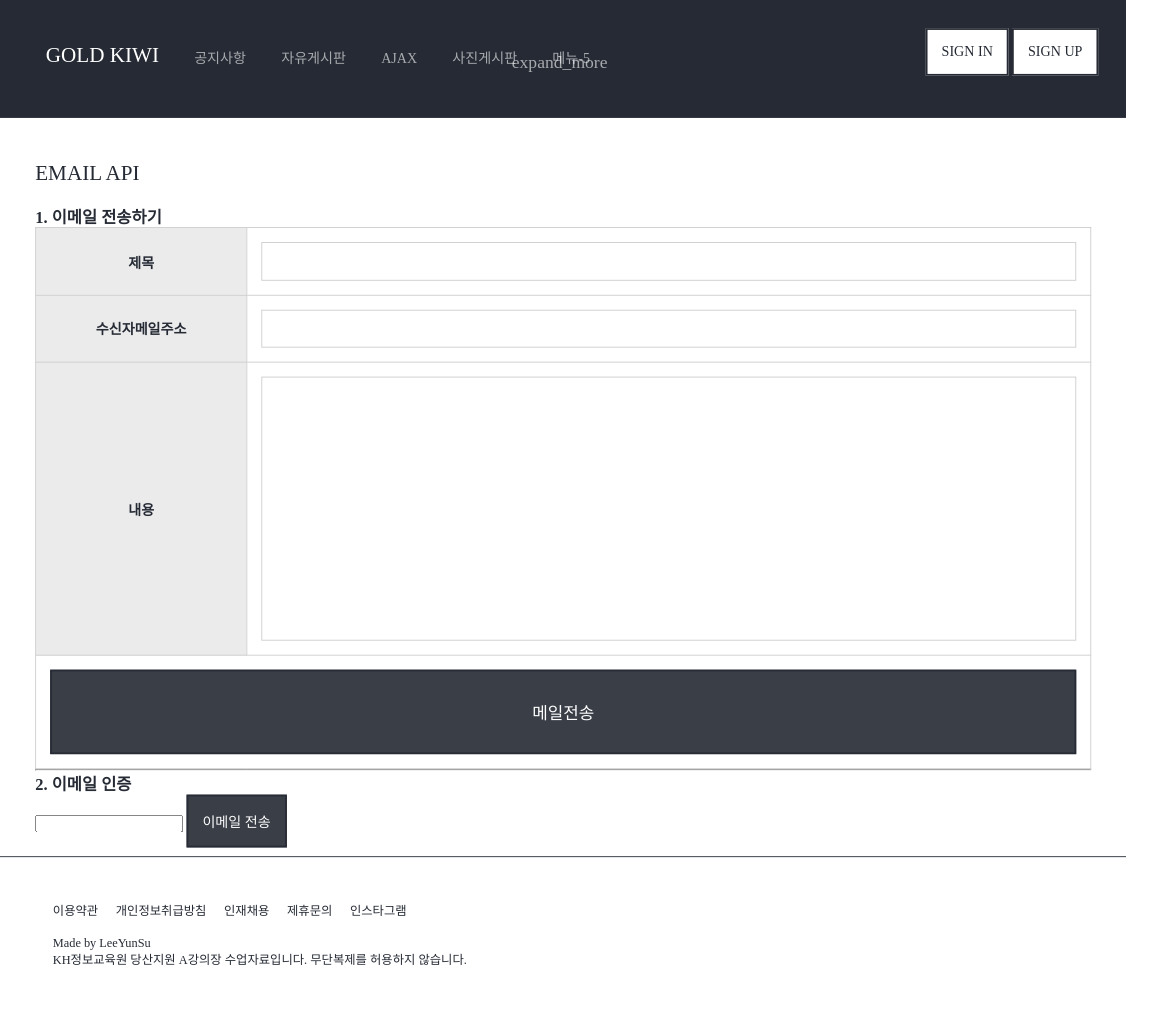
Repository: RiboKim/web-workspace
Page: http://localhost/07_mvc2WebProject/email.do
These files come from the project's save history. The page is drawn as it stood at one moment and after the next save; the edit follows.
The browser window is 1280 px wide. The page is 1280 px wide, then 1310 px, so the pictures cover 1310 px, including what lies to the right of the window. The pictures show the whole page, at 88% of full size.
Some web fonts or font styles are not loaded; a fallback is used. The page is served by Tomcat 9. Other server files are loaded and not shown.

Above is the page before, as saved 2023-02-22 02:18:30.

### 07_mvc2WebProject/src/main/webapp/WEB-INF/views/etc/email.jsp
<%@ page language="java" contentType="text/html; charset=UTF-8"
    pageEncoding="UTF-8"%>
<!DOCTYPE html>
<html>
<head>
<meta charset="UTF-8">
<title>Insert title here</title>
<style>
	th,td{
		border : 1px solid #ccc;
	}
</style>
</head>
<body>
	<%@include file="/WEB-INF/views/common/header.jsp" %>
	<div class="page-content">
		<div class="page-title">EMAIL API</div>
		<h3>1. 이메일 전송하기</h3>
		<form action="/mailSend1.do" method="post">
			<table class="tbl">
				<tr class="tr-1">
					<th class="td-2" style="width:20%;">제목</th>
					<td>
						<input type="text" name="mailTitle" class="input-form">
					</td>
				</tr>
				<tr class="tr-1">
					<th class="td-2">수신자메일주소</th>
					<td>
						<input type="text" name="receiver" class="input-form">
					</td>
				</tr>
				<tr>
					<th class="td-2">내용</th>
					<td>
						<textarea name="mailContent" class="input-form"></textarea>
					</td>
				</tr>
				<tr>
					<th colspan="2">
						<button class="btn bc1 bs4" type="submit">메일전송</button>
					</th>
				</tr>
			</table>
		</form>
		<hr>
		<h3>2. 이메일 인증</h3>
		<input type="text" id="email">
		<button class="btn bc1" id="sendBtn">이메일 전송</button>

	</div>
	<script>
		$("#sendBtn").on("click",function(){

		});
	</script>
	<%@include file="/WEB-INF/views/common/footer.jsp" %>
</body>
</html>

### 07_mvc2WebProject/src/main/webapp/WEB-INF/views/common/header.jsp
<%@page import="kr.or.iei.member.model.vo.Member"%>
<%@ page language="java" contentType="text/html; charset=UTF-8"
    pageEncoding="UTF-8"%>
    <%
    	Member m = (Member)session.getAttribute("m");
    %>

	<!-- 구글 아이콘 -->
    <link href="https://fonts.googleapis.com/icon?family=Material+Icons" rel="stylesheet">
    <!-- jquery -->
    <script src="/js/jquery-3.6.0.js"></script>
    <!-- 기본 CSS -->
    <link rel="stylesheet" href="/css/default.css" />
    <!-- 기본 js -->
    <script src="/js/default.js"></script>

    <header>
      <div class="site-logo">
        <a href="/">GOLD KIWI</a>
      </div>
      <nav>
        <ul class="navi">
          <li><a href="/noticeList.do?requestPage=1">공지사항</a></li>
          <li><a href="/boardList.do?requestPage=1">자유게시판</a></li>
          <li><a href="/ajax.do">AJAX</a></li>
          <li><a href="/photoList.do">사진게시판</a></li>
          <li>
			<a href="#">메뉴-5</a>
            <ul class="sub-navi">
              <li><a href="/email.do">eamil</a></li>
              <li><a href="#">sub-2</a></li>
              <li><a href="#">sub-3</a></li>
            </ul>
           </li>
        </ul>
      </nav>
      <div class="header-link">
      <%if(m == null){ %>
        <button class="btn bc11 modal-open-btn" target="#login-modal">SIGN IN</button>
        <a class="btn bc11" href="/signupFrm.do">SIGN UP</a>
      <%}else{ %>
      <%--<a class="btn bc11" href="/mypage1.do"><%=m.getMemberName() %></a> --%>
      <%--memberId를 mypage2.do로 넘겨주는거 --%>
      <a class="btn bc11" href="/mypage2.do?memberId=<%=m.getMemberId() %>"><%=m.getMemberName() %></a>

      <a class="btn bc11" href="/logout.do">LOGOUT</a>
      <%} %>
      </div>
    </header>
    <%if(m == null) {%>
    <div id="login-modal" class="modal-bg">
      <div class="modal-wrap">
        <div class="modal-head">
          <h2>SIGN IN</h2>
          <span class="material-icons close-icon modal-close">close</span>
        </div>
        <form action="/signin.do" method="post">
        <div class="modal-content">
          <div class="input-box">
          	<label for="signId">아이디</label>
          	<input type="text" name="signId" id="signId" class="input-form" placeholder="아이디입력">
          </div>
          <div class="input-box">
          	<label for="signPw">비밀번호</label>
          	<input type="password" name="signPw" id="signPw" class="input-form" placeholder="비밀번호입력">
          </div>
          <div class="input-box link-box">
          	<a href="#">아이디/비밀번호 찾기</a>
          </div>
        </div>
        <div class="modal-foot">
          <button type="submit" class="btn bc11">로그인</button>
          <button type="button" class="btn bc1 modal-close">취소</button>
        </div>
        </form>
      </div>
    </div>
    <%}%>

### 07_mvc2WebProject/src/main/webapp/WEB-INF/views/common/footer.jsp
<%@ page language="java" contentType="text/html; charset=UTF-8"
    pageEncoding="UTF-8"%>
	<footer>
      <div class="footer-content">
        <ul>
          <li><a href="#">이용약관</a></li>
          <li><a href="#">개인정보취급방침</a></li>
          <li><a href="#">인재채용</a></li>
          <li><a href="#">제휴문의</a></li>
          <li><a href="#">인스타그램</a></li>
        </ul>
        <p>Made by LeeYunSu</p>
        <p>
          KH정보교육원 당산지원 A강의장 수업자료입니다. 무단복제를 허용하지
          않습니다.
        </p>
      </div>
    </footer>

### 07_mvc2WebProject/src/main/java/kr/or/iei/api/controller/EmailServlet.java
package kr.or.iei.api.controller;

import java.io.IOException;

import javax.servlet.RequestDispatcher;
import javax.servlet.ServletException;
import javax.servlet.annotation.WebServlet;
import javax.servlet.http.HttpServlet;
import javax.servlet.http.HttpServletRequest;
import javax.servlet.http.HttpServletResponse;

/**
 * Servlet implementation class EmailServlet
 */
@WebServlet(name = "Email", urlPatterns = { "/email.do" })
public class EmailServlet extends HttpServlet {
	private static final long serialVersionUID = 1L;

    /**
     * @see HttpServlet#HttpServlet()
     */
    public EmailServlet() {
        super();
        // TODO Auto-generated constructor stub
    }

	/**
	 * @see HttpServlet#doGet(HttpServletRequest request, HttpServletResponse response)
	 */
	protected void doGet(HttpServletRequest request, HttpServletResponse response) throws ServletException, IOException {
		//1.인코딩
		request.setCharacterEncoding("utf-8");
		//2.값추출
		//3.비즈니스로직
		//4.결과처리
		RequestDispatcher view = request.getRequestDispatcher("/WEB-INF/views/etc/email.jsp");
		view.forward(request, response);
	}

	/**
	 * @see HttpServlet#doPost(HttpServletRequest request, HttpServletResponse response)
	 */
	protected void doPost(HttpServletRequest request, HttpServletResponse response) throws ServletException, IOException {
		// TODO Auto-generated method stub
		doGet(request, response);
	}

}

### 07_mvc2WebProject/src/main/webapp/css/default.css
/* 사용할 font 선언 */
@font-face {
  font-family: ns-thin;
  src: url(../font/NotoSansKR-Thin.otf);
}
@font-face {
  font-family: ns-light;
  src: url(../font/NotoSansKR-Light.otf);
}
@font-face {
  font-family: ns-m;
  src: url(../font/NotoSansKR-Medium.otf);
}
@font-face {
  font-family: ns-bold;
  src: url(../font/NotoSansKR-Bold.otf);
}
@font-face {
  font-family: ns-black;
  src: url(../font/NotoSansKR-Black.otf);
}
/*
    사이트 사용 색상
    balck : #252A34
    darkgray : #393E46
    lightgray : #EEEEEE
    dark-mint : #00ADB5
    mint : #08D9D6
    point-red : #FF2E63
    point-pink : #F85F73
    point-violet : #892CDC
*/
/* 전체태그 기본 margin, padding 제거 */
/* 기본 글씨 색 및 폰트 설정 */

* {
  margin: 0;
  padding: 0;
  color: #252a34;
  font-family: ns-m;
}
body {
  display: flex;
  flex-direction: column;
  min-height: 100vh;
}
/* 기본화면 레이아웃 */
a {
  text-decoration: none;
}
header {
  background-color: #252a34;
  padding: 32px;
  display: flex;
  min-width: 1200px;
}
header > *:not(.header-link) {
  float: left;
}
header > .site-logo {
  padding: 0px 20px;
}
header > .site-logo > a {
  color: #fff;
  font-family: ns-bold;
  font-size: 24px;
  line-height: 60px;
}
header > nav {
  flex-grow: 1;
}

header > nav > .navi {
  list-style-type: none;
}
header > nav > .navi > li {
  float: left;
  position: relative;
}
header > nav > .navi > li > a {
  display: block;
  color: rgba(255, 255, 255, 0.6);
  padding: 5px 20px;
  transition-duration: 0.5s;
  line-height: 60px;
}
header > nav > .navi > li:hover > a,
header > nav > .navi > li:hover > a + span {
  color: rgba(255, 255, 255, 1);
}
header > nav > .navi > li:hover > .sub-navi {
  display : block;
}
header > nav .sub-navi {
  position: absolute;
  background-color: #fff;
  list-style-type: none;
  display: none;
  border: 1px solid rgba(0, 0, 0, 0.2);
  left: 10px;
  min-width: 10rem;
}
header > nav .sub-navi > li {
  padding: 0.25rem 1rem;
}
header > nav .sub-navi > li > a {
  display: block;
}
header > nav .sub-navi > li:hover {
  background-color: rgba(0, 0, 0, 0.05);
}
.material-icons.dropdown {
  font-size: 20px;
  color: rgba(255, 255, 255, 0.6);
  position: absolute;
  right: 0px;
  top: 27px;
  transition-duration: 0.5s;
}
.material-icons.dropdown:hover {
  cursor: pointer;
}
.page-content {
  width: 1200px;
  margin: 30px auto;
  margin-bottom: 10px;
  flex-grow: 1;
}
.page-title {
  font-family: ns-bold;
  padding: 20px 0px;
  font-size: 1.5rem;
}
footer {
  padding: 50px;
  border-top: 1px solid #252a34;
}
footer > .footer-content {
  width: 1200px;
  margin: 0 auto;
  padding: 0px 10px;
}
footer > .footer-content * {
  font-size: 14px;
}
footer > .footer-content > ul {
  list-style-type: none;
  overflow: hidden;
  margin-bottom: 20px;
}
footer > .footer-content > ul > li {
  float: left;
}
footer > .footer-content > ul > li > a {
  padding-right: 20px;
}

/* font 클래스*/
.f-thin {
  font-family: ns-thin;
}
.f-light {
  font-family: ns-light;
}
.f-medium {
  font-family: ns-m;
}
.f-bold {
  font-family: ns-bold;
}
.f-black {
  font-family: ns-black;
}

/* 글씨 색 */
.fc-1 {
  color: #252a34;
}
.fc-2 {
  color: #393e46;
}
.fc-3 {
  color: #eeeeee;
}
.fc-4 {
  color: #00adb5;
}
.fc-5 {
  color: #08d9d6;
}
.fc-6 {
  color: #ff2e63;
}
.fc-7 {
  color: #f85f73;
}
.fc-8 {
  color: #892cdc;
}

/* 배경 색*/
.bg-1 {
  background-color: #252a34;
}
.bg-2 {
  background-color: #393e46;
}
.bg-3 {
  background-color: #eeeeee;
}
.bg-4 {
  background-color: #00adb5;
}
.bg-5 {
  background-color: #08d9d6;
}
.bg-6 {
  background-color: #ff2e63;
}
.bg-7 {
  background-color: #f85f73;
}
.bg-8 {
  background-color: #892cdc;
}

/* 테이블 디자인 */
.tbl {
  width: 100%;
  border-spacing: 0px;
  border-collapse: collapse;
}
.tbl th,
.tbl td {
  padding: 1rem;
  text-align: center;
}
.tbl .tr-1 {
  background-color: rgba(255, 255, 255, 1);
}
.tbl .tr-2 {
  background-color: rgba(57, 62, 70, 0.1);
}
.tbl .tr-3 {
  background-color: rgba(0, 173, 181, 0.1);
}
.tbl .tr-4 {
  background-color: rgba(137, 44, 220, 0.1);
}
.tbl .tr-5 {
  background-color: rgba(255, 46, 999, 0.1);
}
.tbl .td-1 {
  background-color: rgba(255, 255, 255, 1);
}
.tbl .td-2 {
  background-color: rgba(57, 62, 70, 0.1);
}
.tbl .td-3 {
  background-color: rgba(0, 173, 181, 0.1);
}
.tbl .td-4 {
  background-color: rgba(137, 44, 220, 0.1);
}
.tbl .td-5 {
  background-color: rgba(255, 46, 999, 0.1);
}
.tbl.tbl-hover .tr-1:hover {
  background-color: rgba(0, 0, 0, 0.05);
}
.tbl.tbl-hover .tr-2:hover {
  background-color: rgba(57, 62, 70, 0.15);
}
.tbl.tbl-hover .tr-3:hover {
  background-color: rgba(0, 173, 181, 0.15);
}
.tbl.tbl-hover .tr-4:hover {
  background-color: rgba(137, 44, 220, 0.15);
}
.tbl.tbl-hover .tr-5:hover {
  background-color: rgba(255, 46, 999, 0.15);
}

/* 버튼 디자인 */
.btn {
  border: none;
  padding: 1rem;
  display: inline-block;
  box-sizing: border-box;
  transition-duration: 0.5s;
  font-size: 16px;
  font-family: ns-light;
}
.bc1 {
  background-color: rgba(37, 42, 52, 0.9);
  color: #fff;
  border: 2px solid rgba(37, 42, 52, 0.9);
}
.bc1:hover {
  background-color: rgba(37, 42, 52, 1);
  cursor: pointer;
}
.bc2 {
  background-color: rgba(57, 62, 70, 0.9);
  color: #fff;
  border: 2px solid rgba(57, 62, 70, 0.9);
}
.bc2:hover {
  background-color: rgba(57, 62, 70, 1);
  cursor: pointer;
}
.bc3 {
  background-color: rgba(238, 238, 238, 0.9);
  color: #252a34;
  border: 2px solid rgba(238, 238, 238, 0.9);
}
.bc3:hover {
  background-color: rgba(238, 238, 238, 1);
  cursor: pointer;
}
.bc4 {
  background-color: rgba(0, 173, 181, 0.9);
  color: #fff;
  border: 2px solid rgba(0, 173, 181, 0.9);
}
.bc4:hover {
  background-color: rgba(0, 173, 181, 1);
  cursor: pointer;
}
.bc5 {
  background-color: rgba(8, 217, 214, 0.9);
  color: #fff;
  border: 2px solid rgba(8, 217, 214, 0.9);
}
.bc5:hover {
  background-color: rgba(8, 217, 214, 1);
  cursor: pointer;
}
.bc6 {
  background-color: rgba(255, 46, 99, 0.9);
  color: #fff;
  border: 2px solid rgba(255, 46, 99, 0.9);
}
.bc6:hover {
  background-color: rgba(255, 46, 99, 1);
  cursor: pointer;
}
.bc7 {
  background-color: rgba(248, 95, 115, 0.9);
  color: #fff;
  border: 2px solid rgba(248, 95, 115, 0.9);
}
.bc7:hover {
  background-color: rgba(248, 95, 115, 1);
  cursor: pointer;
}
.bc8 {
  background-color: rgba(137, 44, 220, 0.9);
  color: #fff;
  border: 2px solid rgba(137, 44, 220, 0.9);
}
.bc8:hover {
  background-color: rgba(137, 44, 220, 1);
  cursor: pointer;
}
.bc11 {
  color: rgba(37, 42, 52, 1);
  background-color: #fff;
  border: 2px solid rgba(37, 42, 52, 1);
}
.bc11:hover {
  background-color: rgba(37, 42, 52, 1);
  cursor: pointer;
  color: #fff;
}
.bc22 {
  color: rgba(57, 62, 70, 1);
  background-color: #fff;
  border: 2px solid rgba(57, 62, 70, 1);
}
.bc22:hover {
  background-color: rgba(57, 62, 70, 1);
  cursor: pointer;
  color: #fff;
}
.bc33 {
  color: rgba(37, 42, 52, 1);
  background-color: #fff;
  border: 2px solid rgba(238, 238, 238, 1);
}
.bc33:hover {
  background-color: rgba(238, 238, 238, 1);
  cursor: pointer;
  color: rgba(37, 42, 52, 1);
}
.bc44 {
  color: rgba(0, 173, 181, 1);
  background-color: #fff;
  border: 2px solid rgba(0, 173, 181, 1);
}
.bc44:hover {
  background-color: rgba(0, 173, 181, 1);
  color: #fff;
  cursor: pointer;
}
.bc55 {
  color: rgba(8, 217, 214, 1);
  background-color: #fff;
  border: 2px solid rgba(8, 217, 214, 1);
}
.bc55:hover {
  background-color: rgba(8, 217, 214, 1);
  color: #fff;
  cursor: pointer;
}
.bc66 {
  color: rgba(255, 46, 99, 1);
  background-color: #fff;
  border: 2px solid rgba(255, 46, 99, 1);
}
.bc66:hover {
  background-color: rgba(255, 46, 99, 1);
  color: #fff;
  cursor: pointer;
}
.bc77 {
  color: rgba(248, 95, 115, 1);
  background-color: #fff;
  border: 2px solid rgba(248, 95, 115, 1);
}
.bc77:hover {
  background-color: rgba(248, 95, 115, 1);
  color: #fff;
  cursor: pointer;
}
.bc88 {
  color: rgba(137, 44, 220, 1);
  background-color: #fff;
  border: 2px solid rgba(137, 44, 220, 1);
}
.bc88:hover {
  background-color: rgba(137, 44, 220, 1);
  color: #fff;
  cursor: pointer;
}
.bs1 {
  padding: 1rem;
}
.bs2 {
  padding: 1.5rem;
  font-size: 1.1em;
}
.bs3 {
  padding: 2rem;
  font-size: 1.2em;
}
.bs4 {
  width: 100%;
  padding: 2rem;
  font-size: 1.2em;
}
/* input 디자인 */
.input-form {
  width: 100%;
  display: block;
  padding: 0.8rem;
  background-color: #fff;
  outline: none;
  border: 1px solid #ccc;

  box-sizing: border-box;
}
.input-form:focus {
  box-shadow: 0 0 0 0.1rem #eee;
}

textarea.input-form {
  resize: none;
  min-height: 300px;
}
.input-form:read-only:not(select),
.input-form:disabled {
  background-color: #f7f7f9;
}
/* 페이징 디자인 */
.pagination {
  list-style-type: none;
  display: flex;
  justify-content: center;
  align-items: center;
}
.pagination > li {
  width: 40px;
  height: 40px;
  text-align: center;
  line-height: 40px;
  overflow: hidden;
}
.pagination.circle-style > li {
  border-radius: 50%;
}
.pagination > li > a.page-item {
  display: block;
  width: 100%;
  height: 100%;
  font-size: 18px;
}
.pagination > li > a.page-item > span.material-icons {
  display: block;
  width: 100%;
  height: 100%;
  line-height: 40px;
}
.pagination .page-item.active-page {
  background-color: #252a34;
  color: #fff;
}
/*게시물 표현*/
.posting-wrap {
  display: flex;
  flex-wrap: wrap;
}
.posting-wrap .posting-item {
  box-sizing: border-box;
  width: calc(100% / 5);
  padding: 20px;
}
.posting-wrap .posting-item .posting-img img {
  width: 100%;
  height: 200px;
}
.posting-wrap .posting-item .posting-content {
  width: 80%;
  margin: 0 auto;
}
.posting-wrap .posting-item:hover {
  box-shadow: 0 2px 10px 0 rgba(0, 0, 0, 0.2);
}
/* 댓글 */
.posting-comment {
  display: flex;
  border-top: 2px solid #ccc;

  list-style-type: none;
}
.posting-comment > li {
  box-sizing: border-box;
}
.posting-comment > li:first-child {
  width: 15%;
  display: flex;
  justify-content: center;
  align-items: center;
  min-height: 100px;
  border-right: 1px solid #ccc;
}
.posting-comment.reply > li:first-child {
  width: 20%;
}
.posting-comment > li:first-child .material-icons {
  font-size: 80px;
  color: #ccc;
}
.posting-comment.reply > li:first-child .material-icons:first-child {
  font-size: 40px;
  color: #ccc;
}
.posting-comment.reply > li:last-child {
  display: flex;
  flex-direction: column;
  width: 80%;
}
.posting-comment > li:last-child {
  display: flex;
  flex-direction: column;
  width: 85%;
}
.posting-comment > li:last-child > p {
  width: 100%;
  padding: 5px;
  box-sizing: border-box;
}
.posting-comment > li:last-child > .comment-info > span {
  padding: 0px 10px;
}
.posting-comment > li:last-child > .comment-info > span:not(:last-child) {
  border-right: 2px solid #ccc;
}
.posting-comment > li:last-child > .comment-content {
  padding: 0px 15px;
}
.posting-comment > li:last-child > .comment-link {
  text-align: right;
}
.posting-comment > li:last-child > .comment-link > a {
  margin: 0px 5px;
}
.posting-comment > li:last-child > .comment-link > a:hover {
  text-decoration: underline;
}

/*모달*/
.modal-bg {
  background-color: rgba(0, 0, 0, 0.3);
  position: fixed;
  width: 100%;
  height: 100vh;
  display: none;
  align-items: center;
  flex-direction: column;
}
.modal-wrap {
  margin-top: 150px;
  width: 600px;
  background: #fff;
  height: auto;
}
.modal-wrap div {
  padding: 1rem;
}
.modal-wrap div:not(:last-child) {
  border-bottom: 1px solid #ccc;
}
.modal-wrap .modal-foot {
  text-align: right;
}
.modal-wrap div.modal-head {
  position: relative;
}
.close-icon {
  position: absolute;
  top: 16px;
  right: 16px;
  font-size: 30px;
}
.close-icon:hover {
  cursor: pointer;
}

### 07_mvc2WebProject/src/main/webapp/js/default.js
$(function () {
  $(document).on("click", ".modal-open-btn", function () {
    $($(this).attr("target")).css("display", "flex");
  });
  $(document).on("click", ".modal-close", function () {
    $(this).parents(".modal-wrap").parent().css("display", "none");
  });
  $(".sub-navi").prev().after("<span class='material-icons dropdown'>expand_more</span>");
});
function alertFunc(icon){
	swal({
        title: '제목',
        text: '내용내용내용',
        icon: icon
      });
      //이후 페이지 이동 시 추가
      /*
      .then(function(){
    	 window.location = "${loc}";
      });
      */
}

Loaded but not shown: 07_mvc2WebProject/src/main/webapp/js/jquery-3.6.0.js (library)

After the next save:
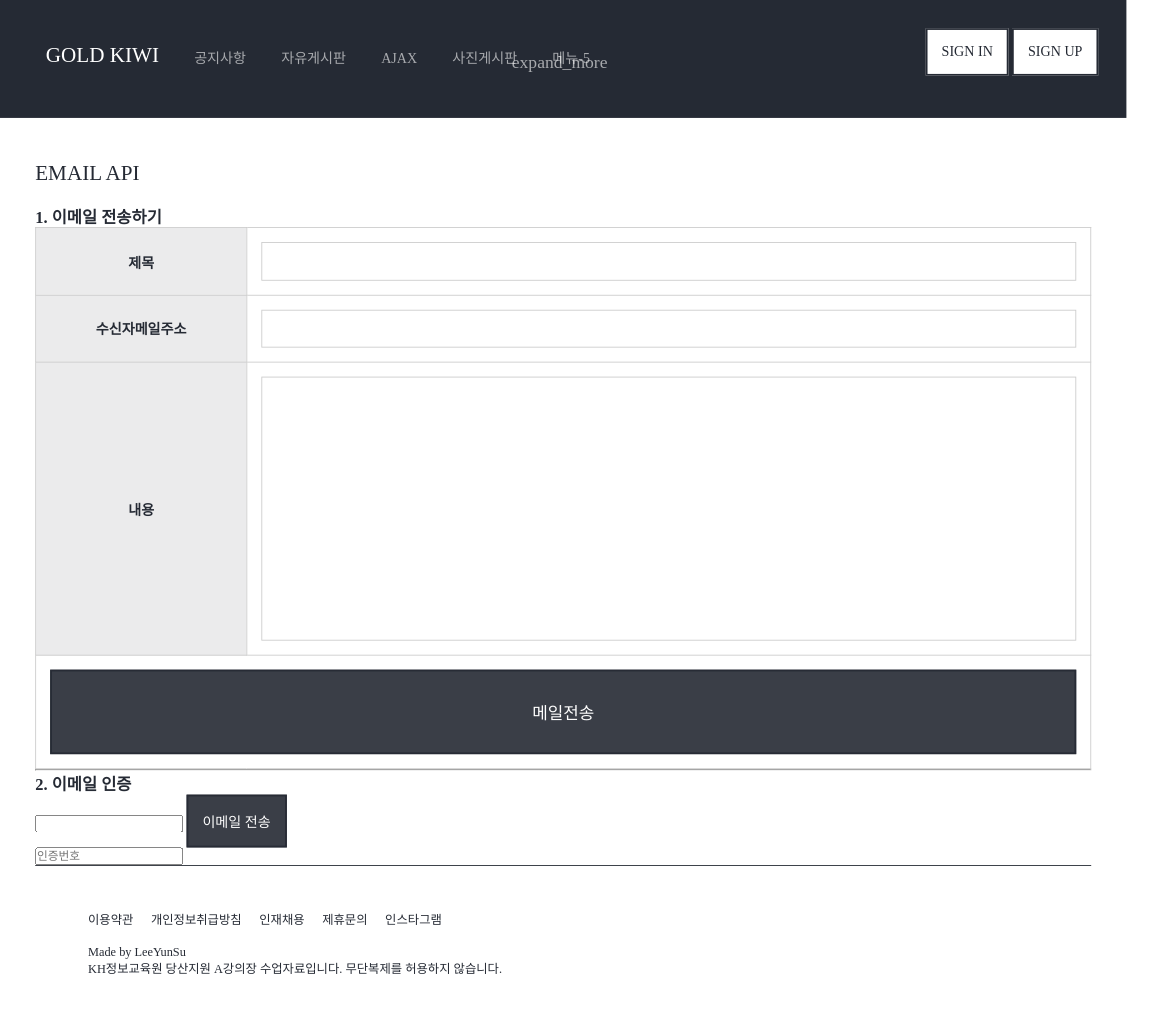
Saved 23 s later.
--- a/07_mvc2WebProject/src/main/webapp/WEB-INF/views/etc/email.jsp
+++ b/07_mvc2WebProject/src/main/webapp/WEB-INF/views/etc/email.jsp
@@ -47,7 +47,9 @@
 		<h3>2. 이메일 인증</h3>
 		<input type="text" id="email">
 		<button class="btn bc1" id="sendBtn">이메일 전송</button>
-
+		<div id="auth">
+			<input type="text" id="authCod" placeholder="인증번호"
+		</div>
 	</div>
 	<script>
 		$("#sendBtn").on("click",function(){
